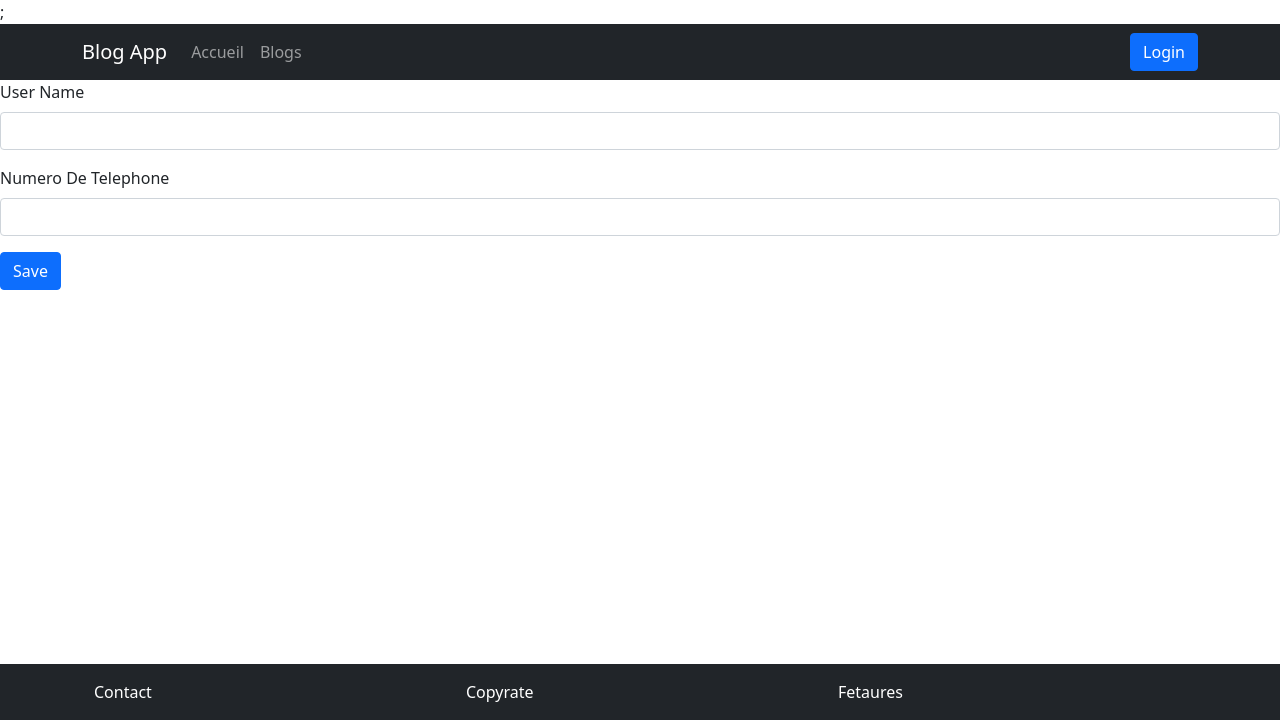
Repository: FS-23/laravel-blog-app
Page: http://localhost/user/create
These files come from the project's save history. The page is drawn as it stood at one moment and after the next save; the edit follows.
The browser window is 1280 px wide. The pictures show the whole page.
The page is served by the project's Laravel application, run on PHP 8.4 with Laravel 9. Other server files are loaded and not shown.

Above is the page before, as saved 2022-06-07 11:22:15.

### BlogApp/routes/web.php
<?php

use Illuminate\Support\Facades\Route;
use App\Http\Controllers\BlogController;
use App\Http\Controllers\ProductController;
use Illuminate\Http\Request;


Route::get('/', function () {
    return view('welcome');
});

Route::get('/home', function(){
    $user = ["name" =>  "Nour" , "level" =>  "A"];
    return view('home', $user);
});

Route::get('/blog' , function(){
    return view('blog.home');
});

Route::get('/blog/list' , [BlogController::class , 'index'] );

Route::get('/blog/create' , [BlogController::class  , 'create']);

Route::get('/blog/detail' , [BlogController::class , 'show']);

Route::post('/blog/store' , [BlogController::class , 'store']);

Route::get('/product' , [ProductController::class , 'index']);

Route::get('/user/create', function(){

    return view('user.create');
});
Route::post('/user/store',function(Request $request){
    dd($request -> all());
   // return 'hello world';
});

### BlogApp/resources/views/user/create.blade.php
@extends('layout.layout');
@section('content')

<form class="" method="post" action="/user/store">
    <div class="mb-3">
        <label for="exampleInputUser" class="form-label">User Name</label>
        <input type="text" class="form-control">
      </div>
      <div class="mb-3">
        <label for="exampleInputNumber" class="form-label">Numero De Telephone</label>
        <input type="number" class="form-control">
      </div>
    <button class="btn btn-primary">Save</button>
    @csrf
</form>


@endsection

### BlogApp/resources/views/layout/layout.blade.php
<!DOCTYPE html>
<html lang="en">
<head>
    <meta charset="UTF-8">
    <meta name="viewport" content="width=device-width, initial-scale=1.0">
    <meta http-equiv="X-UA-Compatible" content="ie=edge">
    <title>Blog App</title>
    <link rel="stylesheet" href="https://cdn.jsdelivr.net/npm/bootstrap@5.1.3/dist/css/bootstrap.min.css">
    <style>
        html , body {
            min-height: 100vh;
            position: relative;
            width: 100%
        }
        .footer {
            position: absolute;
            bottom: 0;
            width: 100%
        }
    </style>
</head>
<body>
    <nav class="navbar navbar-dark navbar-expand-lg bg-dark">
        <div class="container">
            <div class="navbar-brand">Blog App</div>
            <button class="navbar-toggler" data-bs-toggle="collapse" href="#navbar-container">
                <span class="navbar-toggler-icon"></span>
            </button>
            <div class="collapse navbar-collapse show" id="navbar-container">
                <ul class="navbar-nav">
                    <li class="nav-item">
                        <a href="/" class="nav-link">Accueil</a>
                    </li>
                    <li class="nav-item">
                        <a href="/blog/list" class="nav-link">Blogs</a>
                    </li>
                </ul>
            </div>

            <div>
                <button class="btn btn-primary">
                     Login
                </button>
            </div>

        </div>
    </nav>

    <div class="" style="padding-bottom: 100px">

            @yield("content")

    </div>

     <footer class="bg-dark text-white p-3 footer">
         <div class="container">
             <div class="row mx-0">
                    <div class="col-4">
                        <div> Contact</div>
                    </div>
                    <div class="col-4">
                        <div>Copyrate</div>
                    </div>
                    <div class="col-4">
                        <div>Fetaures</div>
                    </div>
             </div>
         </div>
     </footer>

    <script src="https://cdn.jsdelivr.net/npm/bootstrap@5.1.3/dist/js/bootstrap.min.js"></script>
</body>
</html>

After the next save:
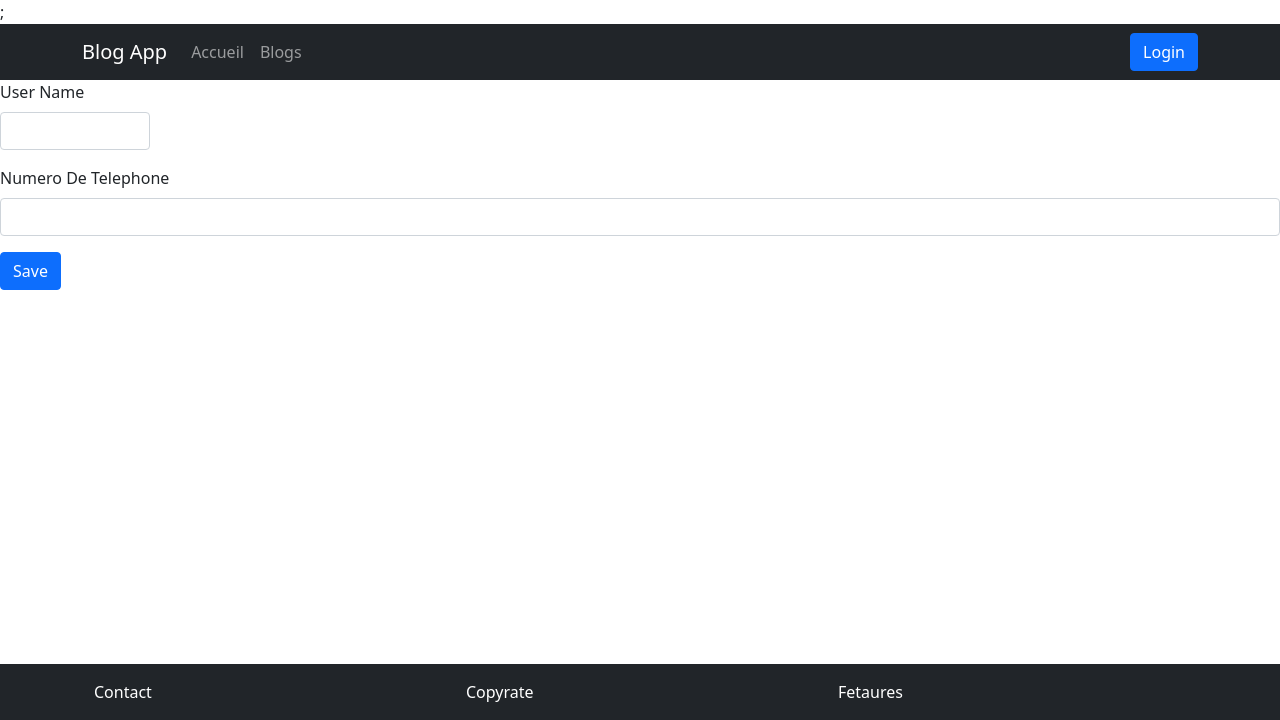
Saved 2 min 18 s later.
--- a/BlogApp/resources/views/user/create.blade.php
+++ b/BlogApp/resources/views/user/create.blade.php
@@ -1,8 +1,8 @@
 @extends('layout.layout');
 @section('content')
 
-<form class="" method="post" action="/user/store">
-    <div class="mb-3">
+<form method="post" action="/user/store">
+    <div class="mb-3" style="width:150px ">
         <label for="exampleInputUser" class="form-label">User Name</label>
         <input type="text" class="form-control">
       </div>
